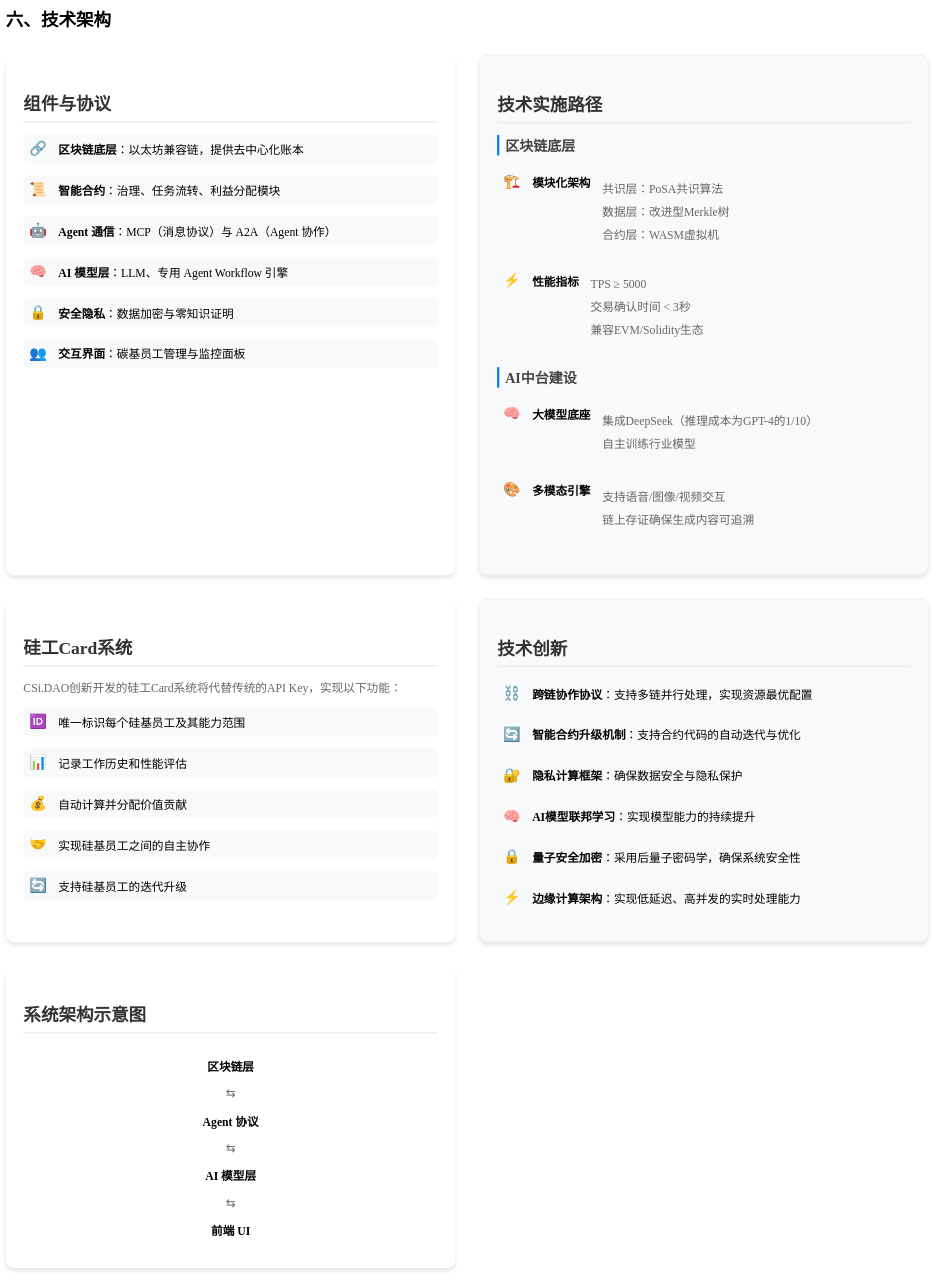
Repository: delez911/ainize
Page: static-site/src/components/technology/technology.html
An editor plug-in stored every save of this project. The page is shown before and after the next save, followed by the edit.
The browser window is 1280 px wide. The pictures show the whole page, at 73% of full size.

Above is the page before, as saved 2025-04-24 10:56:11.

### static-site/src/components/technology/technology.html
<section id="technology" class="section">
  <div class="section-container">
    <h2 class="section-title">六、技术架构</h2>
    <div class="content">
      <div class="tech-grid">
        <!-- 组件与协议 -->
        <div class="tech-card">
          <h3 class="tech-card-title">组件与协议</h3>
          <div class="tech-card-content">
            <ul class="tech-list">
              <li class="tech-item">
                <span class="tech-icon">🔗</span>
                <strong>区块链底层</strong>：以太坊兼容链，提供去中心化账本
              </li>
              <li class="tech-item">
                <span class="tech-icon">📜</span>
                <strong>智能合约</strong>：治理、任务流转、利益分配模块
              </li>
              <li class="tech-item">
                <span class="tech-icon">🤖</span>
                <strong>Agent 通信</strong>：MCP（消息协议）与 A2A（Agent 协作）
              </li>
              <li class="tech-item">
                <span class="tech-icon">🧠</span>
                <strong>AI 模型层</strong>：LLM、专用 Agent Workflow 引擎
              </li>
              <li class="tech-item">
                <span class="tech-icon">🔒</span>
                <strong>安全隐私</strong>：数据加密与零知识证明
              </li>
              <li class="tech-item">
                <span class="tech-icon">👥</span>
                <strong>交互界面</strong>：碳基员工管理与监控面板
              </li>
            </ul>
          </div>
        </div>

        <!-- 技术实施路径 -->
        <div class="tech-card implementation">
          <h3 class="tech-card-title">技术实施路径</h3>
          <div class="tech-card-content">
            <div class="implementation-section">
              <h4 class="implementation-subtitle">区块链底层</h4>
              <ul class="tech-list">
                <li class="tech-item">
                  <span class="tech-icon">🏗️</span>
                  <strong>模块化架构</strong>
                  <ul class="tech-sublist">
                    <li>共识层：PoSA共识算法</li>
                    <li>数据层：改进型Merkle树</li>
                    <li>合约层：WASM虚拟机</li>
                  </ul>
                </li>
                <li class="tech-item">
                  <span class="tech-icon">⚡</span>
                  <strong>性能指标</strong>
                  <ul class="tech-sublist">
                    <li>TPS ≥ 5000</li>
                    <li>交易确认时间 &lt; 3秒</li>
                    <li>兼容EVM/Solidity生态</li>
                  </ul>
                </li>
              </ul>
            </div>
            <div class="implementation-section">
              <h4 class="implementation-subtitle">AI中台建设</h4>
              <ul class="tech-list">
                <li class="tech-item">
                  <span class="tech-icon">🧠</span>
                  <strong>大模型底座</strong>
                  <ul class="tech-sublist">
                    <li>集成DeepSeek（推理成本为GPT-4的1/10）</li>
                    <li>自主训练行业模型</li>
                  </ul>
                </li>
                <li class="tech-item">
                  <span class="tech-icon">🎨</span>
                  <strong>多模态引擎</strong>
                  <ul class="tech-sublist">
                    <li>支持语音/图像/视频交互</li>
                    <li>链上存证确保生成内容可追溯</li>
                  </ul>
                </li>
              </ul>
            </div>
          </div>
        </div>

        <!-- 硅工Card系统 -->
        <div class="tech-card">
          <h3 class="tech-card-title">硅工Card系统</h3>
          <div class="tech-card-content">
            <p class="tech-description">CSi.DAO创新开发的硅工Card系统将代替传统的API Key，实现以下功能：</p>
            <ul class="tech-list">
              <li class="tech-item">
                <span class="tech-icon">🆔</span>
                唯一标识每个硅基员工及其能力范围
              </li>
              <li class="tech-item">
                <span class="tech-icon">📊</span>
                记录工作历史和性能评估
              </li>
              <li class="tech-item">
                <span class="tech-icon">💰</span>
                自动计算并分配价值贡献
              </li>
              <li class="tech-item">
                <span class="tech-icon">🤝</span>
                实现硅基员工之间的自主协作
              </li>
              <li class="tech-item">
                <span class="tech-icon">🔄</span>
                支持硅基员工的迭代升级
              </li>
            </ul>
          </div>
        </div>

        <!-- 技术创新 -->
        <div class="tech-card highlight">
          <h3 class="tech-card-title">技术创新</h3>
          <div class="tech-card-content">
            <ul class="tech-list">
              <li class="tech-item">
                <span class="tech-icon">⛓️</span>
                <strong>跨链协作协议</strong>：支持多链并行处理，实现资源最优配置
              </li>
              <li class="tech-item">
                <span class="tech-icon">🔄</span>
                <strong>智能合约升级机制</strong>：支持合约代码的自动迭代与优化
              </li>
              <li class="tech-item">
                <span class="tech-icon">🔐</span>
                <strong>隐私计算框架</strong>：确保数据安全与隐私保护
              </li>
              <li class="tech-item">
                <span class="tech-icon">🧠</span>
                <strong>AI模型联邦学习</strong>：实现模型能力的持续提升
              </li>
              <li class="tech-item">
                <span class="tech-icon">🔒</span>
                <strong>量子安全加密</strong>：采用后量子密码学，确保系统安全性
              </li>
              <li class="tech-item">
                <span class="tech-icon">⚡</span>
                <strong>边缘计算架构</strong>：实现低延迟、高并发的实时处理能力
              </li>
            </ul>
          </div>
        </div>

        <!-- 系统架构示意图 -->
        <div class="tech-card architecture">
          <h3 class="tech-card-title">系统架构示意图</h3>
          <div class="tech-card-content">
            <div class="architecture-diagram">
                <span class="layer-name">区块链层</span>
                <span class="layer-arrow">⇆</span>
                <span class="layer-name">Agent 协议</span>
                <span class="layer-arrow">⇆</span>
                <span class="layer-name">AI 模型层</span>
                <span class="layer-arrow">⇆</span>
                <span class="layer-name">前端 UI</span>
            </div>
          </div>
        </div>
      </div>
    </div>
  </div>
</section>

<style>
.tech-grid {
  display: grid;
  grid-template-columns: repeat(2, 1fr);
  gap: 2rem;
  margin-top: 2rem;
}

.tech-card {
  background: #fff;
  border-radius: 12px;
  padding: 1.5rem;
  box-shadow: 0 4px 6px rgba(0, 0, 0, 0.1);
  transition: transform 0.3s ease;
}

.tech-card:hover {
  transform: translateY(-5px);
}

.tech-card-title {
  color: #333;
  font-size: 1.5rem;
  margin-bottom: 1rem;
  padding-bottom: 0.5rem;
  border-bottom: 2px solid #eee;
}

.tech-list {
  list-style: none;
  padding: 0;
  margin: 0;
}

.tech-item {
  display: flex;
  align-items: flex-start;
  margin-bottom: 1rem;
  padding: 0.5rem;
  border-radius: 8px;
  background: #f8f9fa;
}

.tech-icon {
  margin-right: 1rem;
  font-size: 1.2rem;
  flex-shrink: 0;
}

.tech-sublist {
  list-style: none;
  padding-left: 1rem;
  margin-top: 0.5rem;
}

.tech-sublist li {
  margin-bottom: 0.5rem;
  color: #666;
}

.implementation-section {
  margin-bottom: 1.5rem;
}

.implementation-subtitle {
  color: #444;
  font-size: 1.2rem;
  margin: 1rem 0;
  padding-left: 0.5rem;
  border-left: 3px solid #007bff;
}

.tech-description {
  margin-bottom: 1rem;
  color: #666;
}
.architecture {

}
.architecture-diagram {
  display: flex;
  flex-direction: column;
  align-items: center;
  gap: 1rem;
  padding: 1rem;
}

.diagram-layer {
  display: flex;
  align-items: center;
  justify-content: center;
  width: 100%;
  padding: 1rem;
  background: #f8f9fa;
  border-radius: 8px;
}

.layer-name {
  font-weight: bold;
  margin: 0 1rem;
}

.layer-arrow {
  color: #666;
  margin: 0 1rem;
}

.highlight {
  background: #f8f9fa;
  border: 1px solid #e9ecef;
}

.implementation {
  background: #f8f9fa;
  border: 1px solid #e9ecef;
}

@media (max-width: 768px) {
  .tech-grid {
    grid-template-columns: 1fr;
  }
}
</style>

After the next save:
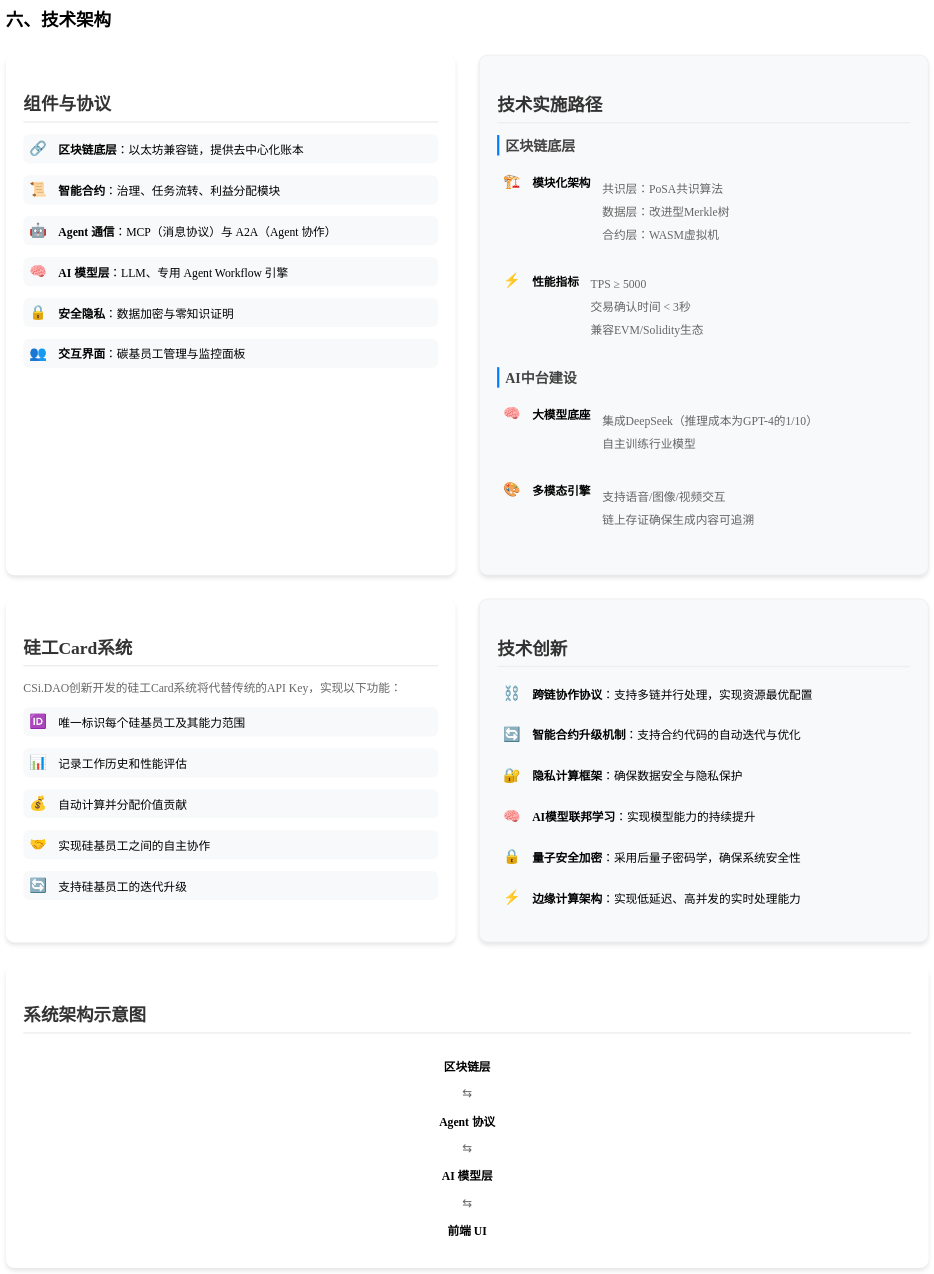
Saved 9 s later.
--- a/static-site/src/components/technology/technology.html
+++ b/static-site/src/components/technology/technology.html
@@ -247,7 +247,7 @@
   color: #666;
 }
 .architecture {
-
+  grid-column: span 2; /* 跨两列 */
 }
 .architecture-diagram {
   display: flex;
